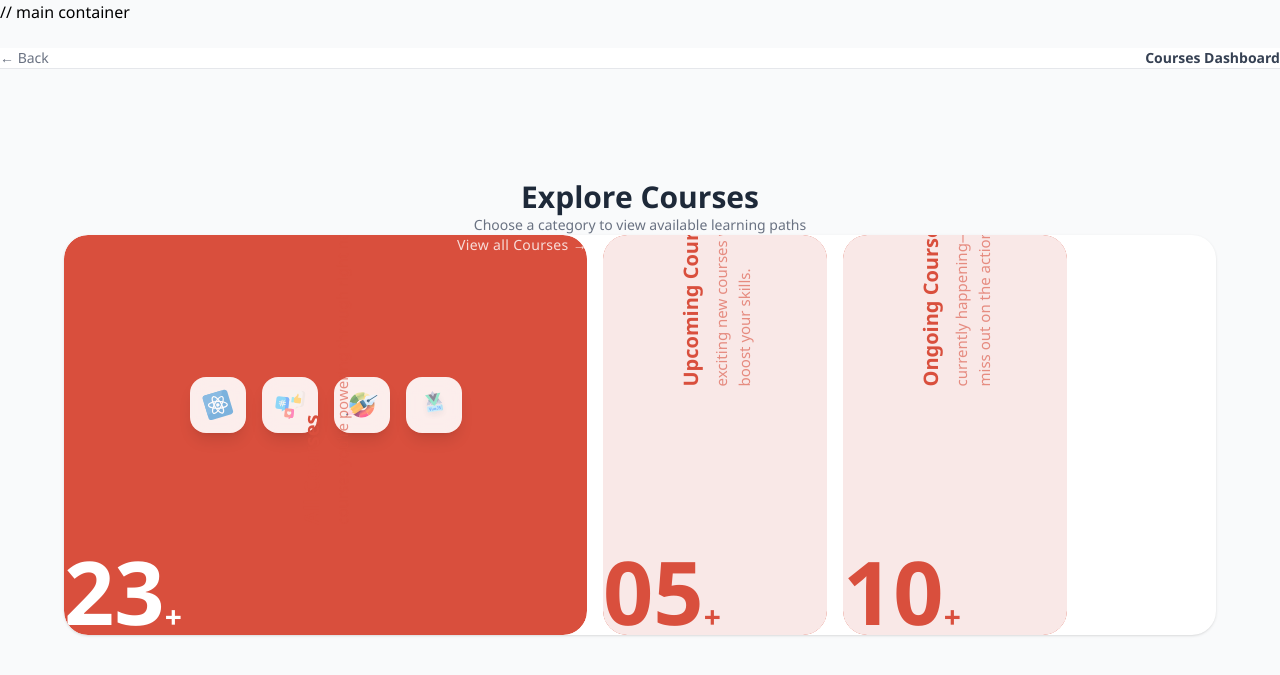
Repository: RahulRajKhadka/nextjs-dashboard-app
Page: /task2
An editor plug-in stored every save of this project. The page is shown before and after the next save, followed by the edit.
The browser window is 1280 px wide. The pictures show the whole page.
The project was rebuilt for these pictures with package versions that can differ from the ones it lists, and the page was loaded fresh each time. The framework's server and built-in components were replaced by stand-ins that run in the browser. Also part of the build but not shown: next.config.ts.

Above is the page before, as saved 2026-04-11 11:24:47.

### src/app/layout.tsx
import type { Metadata } from "next";
import "./globals.css";

export const metadata: Metadata = {
  title: "SkillShikshya Tasks",
  description: "Frontend & Logical Tasks",
};

export default function RootLayout({
  children,
}: {
  children: React.ReactNode;
}) {
  return (
    <html lang="en">
      <body>{children}</body>
    </html>
  );
}

### src/app/task2/page.tsx
"use client";
import dynamic from "next/dynamic";
import Link from "next/link";

const CourseCards = dynamic(() => import("@/components/task2/CourseCards"), {
  loading: () => (
    <div className="flex items-center justify-center h-[300px] text-gray-400 text-sm">
      Loading courses...
    </div>
  ),
  ssr: false,
});

export default function Task2Page() {
  return (
    <main className="min-h-screen bg-gray-50 flex flex-col gap-6 "> // main container

      {/* Top Bar */}
      <div className="flex items-center justify-between px-6 md:px-10 py-4 border-b border-gray-200 bg-white">
        <Link
          href="/"
          className="text-sm text-gray-500 hover:text-gray-900 transition-colors"
        >
          ← Back
        </Link>

        <span className="text-sm font-semibold text-gray-700">
          Courses Dashboard
        </span>
      </div>

      {/* Centered Content */}
      <div className="flex-1 flex items-center justify-center px-4 py-10">

        <div className="w-full max-w-6xl">

          {/* Heading */}
          <div className="mb-8 text-center mt-10">
            <h1 className="text-3xl font-bold text-gray-800">
              Explore Courses
            </h1>
            <p className="text-gray-500 text-sm mt-2">
              Choose a category to view available learning paths
            </p>
          </div>

          {/* Cards */}
          <div className="bg-white rounded-3xl shadow-sm p-4 md:p-6">
            <CourseCards />
          </div>

        </div>

      </div>
    </main>
  );
}

### src/app/globals.css
@import "tailwindcss";

* {
  margin: 0;
  padding: 0;
  box-sizing: border-box;
}

html {
  scroll-behavior: smooth;
}

body {
  font-family: "Segoe UI", sans-serif;
  background-color: #f5f5f5;
}

.vertical-text {
  writing-mode: vertical-rl;
  transform: rotate(180deg);
}

### src/components/task2/CourseCards.tsx
"use client";

import { useState, useRef, useLayoutEffect } from "react";
import CourseCard from "./CourseCard";
import { courseCardsData } from "./courseCardsData";
import gsap from "gsap";

export default function CourseCards() {
  const [expandedId, setExpandedId] = useState<number>(1);
  const cardRefs = useRef<(HTMLDivElement | null)[]>([]);
  const containerRef = useRef<HTMLDivElement>(null);
  const expandedWidth = useRef(0);
  const collapsedWidth = useRef(0);
  const isAnimating = useRef(false);

  useLayoutEffect(() => {
    const container = containerRef.current;
    if (!container) return;

    const totalWidth = container.clientWidth;
    const gap = 16;
    const totalGap = gap * (courseCardsData.length - 1);
    const unit = (totalWidth - totalGap) / courseCardsData.length;
    expandedWidth.current = unit * 1.4;
    collapsedWidth.current = unit * 0.6;

    cardRefs.current.forEach((el, i) => {
      if (el) {
        gsap.set(el, {
          width:
            courseCardsData[i].id === expandedId
              ? expandedWidth.current
              : collapsedWidth.current,
        });
      }
    });
  }, [expandedId]);

  const labelElements = useRef<Map<number, HTMLDivElement>>(new Map());
  const numberElements = useRef<Map<number, HTMLDivElement>>(new Map());

  const setLabelRef = (id: number) => (el: HTMLDivElement | null) => {
    if (el) labelElements.current.set(id, el);
    else labelElements.current.delete(id);
  };

  const setNumberRef = (id: number) => (el: HTMLDivElement | null) => {
    if (el) numberElements.current.set(id, el);
    else numberElements.current.delete(id);
  };

  const handleClick = (courseId: number) => {
    if (courseId === expandedId || isAnimating.current) return;

    const prevIndex = courseCardsData.findIndex(
      (c) => c.id === expandedId
    );
    const newIndex = courseCardsData.findIndex(
      (c) => c.id === courseId
    );
    const newCourse = courseCardsData[newIndex];

    const oldLabel = labelElements.current.get(expandedId);
    const oldNumber = numberElements.current.get(expandedId);
    const newLabel = labelElements.current.get(courseId);
    const newNumber = numberElements.current.get(courseId);

    if (!newLabel || !newNumber) return;

    isAnimating.current = true;

    const tl = gsap.timeline({
      onComplete: () => {
        isAnimating.current = false;
      },
    });

    tl.to(
      cardRefs.current[prevIndex],
      {
        width: collapsedWidth.current,
        duration: 0.5,
        ease: "power3.inOut",
      },
      0
    );

    if (oldLabel) {
      tl.to(
        oldLabel,
        {
          rotation: -90,
          x: 0,
          y: 0,
          color: newCourse.textColor,
          duration: 0.5,
          ease: "power2.inOut",
        },
        0
      );
    }

    if (oldNumber) {
      tl.to(
        oldNumber,
        {
          color: newCourse.textColor,
          duration: 0.3,
        },
        0
      );
    }

    tl.call(() => {
      setExpandedId(courseId);
    }, null, 0.25);

    tl.to(
      cardRefs.current[newIndex],
      {
        width: expandedWidth.current,
        duration: 0.5,
        ease: "power3.inOut",
      },
      0.25
    );

    const labelRect = newLabel.getBoundingClientRect();
    const numberRect = newNumber.getBoundingClientRect();
    const gap = 16;

    const targetX =
      numberRect.right +
      gap -
      (labelRect.left + labelRect.width / 2);
    const targetY =
      numberRect.top +
      numberRect.height / 2 -
      (labelRect.top + labelRect.height / 2);

    tl.fromTo(
      newLabel,
      {
        rotation: -90,
        x: 0,
        y: 0,
        color: newCourse.textColor,
      },
      {
        rotation: 0,
        x: targetX,
        y: targetY,
        color: "#ffffff",
        duration: 0.5,
        ease: "back.out(0.3)",
      },
      0.25
    );

    tl.to(
      newNumber,
      {
        color: "#ffffff",
        duration: 0.3,
      },
      0.4
    );
  };

  return (
    <div
      ref={containerRef}
      className="flex gap-4 box-border w-full my-8 min-h-[200px] md:min-h-[200px] lg:min-h-[400px]"
    >
      {courseCardsData.map((course, i) => (
        <div
          key={course.id}
          ref={(el) => {
            cardRefs.current[i] = el;
          }}
          className="shrink-0 overflow-hidden my-auto rounded-3xl"
        >
          <CourseCard
            course={course}
            isExpanded={expandedId === course.id}
            direction={i === 0 ? "right" : "left"}
            isLeftmost={i === 0}
            onClick={() => handleClick(course.id)}
            setLabelRef={setLabelRef(course.id)}
            setNumberRef={setNumberRef(course.id)}
          />
        </div>
      ))}
    </div>
  );
}

### src/components/task2/CourseCard.tsx
"use client";

import Image from "next/image";
import { useRef, useLayoutEffect } from "react";
import { CourseCard as CourseCardType } from "@/types";
import gsap from "gsap";

interface Props {
  course: CourseCardType;
  isExpanded: boolean;
  onClick: () => void;
  direction: "left" | "right";
  isLeftmost?: boolean;
  setLabelRef: (el: HTMLDivElement | null) => void;
  setNumberRef: (el: HTMLDivElement | null) => void;
}

export default function CourseCard({
  course,
  isExpanded,
  onClick,
  direction,
  isLeftmost = false,
  setLabelRef,
  setNumberRef,
}: Props) {
  const numberRef = useRef<HTMLDivElement>(null);
  const collapsedLabelRef = useRef<HTMLDivElement>(null);
  const iconsRef = useRef<(HTMLSpanElement | null)[]>([]);
  const topbarRef = useRef<HTMLDivElement>(null);
  const expandedViewRef = useRef<HTMLDivElement>(null);
  const circleRef = useRef<HTMLDivElement>(null);

  // Pass refs to parent
  useLayoutEffect(() => {
    setLabelRef(collapsedLabelRef.current);
    setNumberRef(numberRef.current);
  }, [setLabelRef, setNumberRef]);

  // Internal animations (circle, number colour, topbar, icons) – label is handled by parent
  useLayoutEffect(() => {
    if (!numberRef.current || !circleRef.current) return;

    if (isExpanded) {
      const tl = gsap.timeline();
      gsap.set(expandedViewRef.current, { display: "grid" });

      tl.to(circleRef.current, {
        clipPath: "circle(0% at 0% 100%)",
        duration: 0.8,
        ease: "power3.inOut",
      }, 0);

      tl.to(numberRef.current, {
        color: "#ffffff",
        duration: 0.3,
      }, 0.2);

      const topbarFromX = direction === "left" ? 60 : -60;
      tl.fromTo(topbarRef.current,
        { opacity: 0, y: -15, x: topbarFromX },
        { opacity: 1, y: 0, x: 0, duration: 0.5, ease: "power2.out" },
        0.3
      );

      const iconsFromX = direction === "left" ? 120 : -120;
      gsap.set(iconsRef.current, { x: iconsFromX, opacity: 0 });
      iconsRef.current.forEach((icon, i) => {
        tl.to(icon, {
          x: 0,
          opacity: 1,
          duration: 0.4,
          ease: "power2.out",
        }, 0.4 + i * 0.08);
      });
    } else {
      const tl = gsap.timeline();

      tl.to(circleRef.current, {
        clipPath: "circle(130% at 0% 80%)",
        duration: 0.6,
        ease: "power3.inOut",
      }, 0);

      tl.to(numberRef.current, {
        color: course.textColor,
        duration: 0.3,
      }, 0.1);

      tl.set(expandedViewRef.current, { display: "none" }, 0.3);
      tl.set(iconsRef.current, { clearProps: "x,opacity" }, 0.4);
      tl.set(topbarRef.current, { clearProps: "x,y,opacity" }, 0.4);
    }
  }, [isExpanded, direction, course.textColor]);

  return (
    <div
      onClick={onClick}
      className="relative rounded-3xl overflow-hidden cursor-pointer h-full w-full"
      style={{ backgroundColor: course.bgExpanded }}
    >
      {/* Background circle */}
      <div
        ref={circleRef}
        className="absolute inset-0 z-[1]"
        style={{ backgroundColor: course.bg, clipPath: "circle(150% at 0% 100%)" }}
      />

      {/* COLLAPSED CONTENT: flex column with label at top, number at bottom (justify-between) */}
      <div className="absolute inset-0 z-[3] flex flex-col  justify-between pointer-events-none">
        {/* Rotated label */}
        <div
          ref={collapsedLabelRef}
          className="flex flex-col gap-1 mt-6"   // added mt-6 for a little top spacing (optional)
          style={{ transform: "rotate(-90deg)", color: course.textColor }}
        >
          <span className="font-bold text-[20px] " style={{ color: "inherit" }}>
            {course.label}
          </span>
          <p className="text-[15px] opacity-60" style={{ color: "inherit" }}>
            {course.sublabel}
          </p>
        </div>

        {/* Number at bottom (flex-end) */}
        <div ref={numberRef} className="mb-6" style={{ color: course.textColor }}>
          <div className="flex items-end">
            <span
              className="font-black leading-none"
              style={{ fontSize: "clamp(3.5rem,7vw,5.5rem)", color: "inherit" }}
            >
              {String(course.count).padStart(2, "0")}
            </span>
            <span className="font-black text-3xl mb-2 ml-1" style={{ color: "inherit" }}>
              +
            </span>
          </div>
        </div>
      </div>

      {/* EXPANDED VIEW – unchanged */}
      <div
        ref={expandedViewRef}
        className="absolute inset-0 z-[2] p-5"
        style={{ display: isExpanded ? "grid" : "none", gridTemplateRows: "auto 1fr auto" }}
      >
        <div ref={topbarRef} className="flex justify-end mt-40 opacity-0">
          <span className="text-white/80 text-sm font-medium tracking-wide">
            View all Courses →
          </span>
        </div>
        <div className="flex gap-4 items-center justify-center">
          {course.icons?.map((iconPath, i) => (
            <span
              key={i}
              ref={(el) => (iconsRef.current[i] = el)}
              className="w-14 h-14 rounded-2xl bg-white/90 backdrop-blur-sm flex items-center justify-center shadow-lg"
            >
              <Image src={iconPath} alt="" width={32} height={32} className="opacity-80" />
            </span>
          ))}
        </div>
        <div className="h-20" />
      </div>
    </div>
  );
}

### src/components/task2/courseCardsData.ts
import { CourseCard } from "@/types";

export const courseCardsData: CourseCard[] = [
  {
    id: 1,
    count: "23",
    label: "All Courses",
    sublabel: "courses you're powering through right now.",
    bg: "#F9E8E7",        // ← was "#D94F3D", should be light pink
    textColor: "#D94F3D",  // ← was "white", red for collapsed state
    bgExpanded: "#D94F3D",
    icons: ["/images/react.svg", "/images/likes.svg", "/images/design.svg", "/images/view.svg"],
  },
  {
    id: 2,
    count: "05",
    label: "Upcoming Courses",
    sublabel: "exciting new courses waiting to boost your skills.",
    bg: "#F9E8E7",
    textColor: "#D94F3D",
    bgExpanded: "#D94F3D",
    icons: ["/images/react.svg", "/images/likes.svg", "/images/design.svg", "/images/view.svg"],
  },
  {
    id: 3,
    count: "10",
    label: "Ongoing Courses",
    sublabel: "currently happening—don't miss out on the action!",
    bg: "#F9E8E7",
    textColor: "#D94F3D",
    bgExpanded: "#D94F3D",
    icons: ["/images/react.svg", "/images/likes.svg", "/images/design.svg", "/images/view.svg"],
  },
];

After the next save:
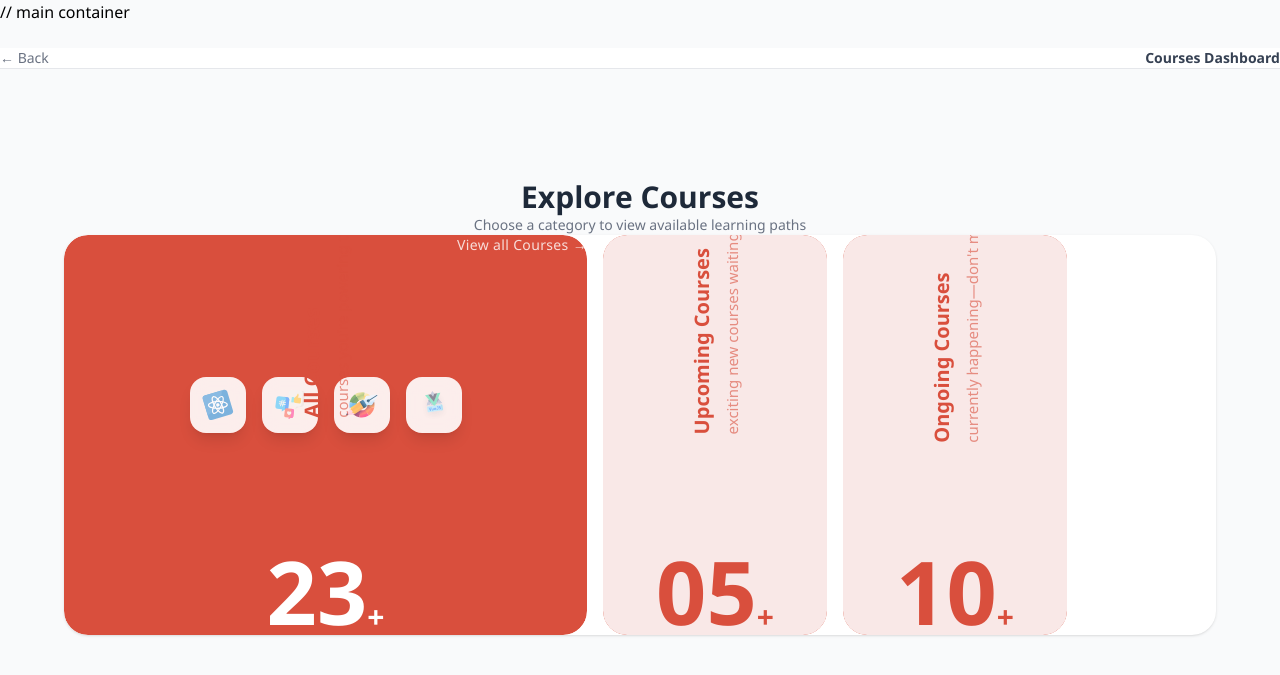
Saved 6 min 0 s later.
--- a/src/components/task2/CourseCard.tsx
+++ b/src/components/task2/CourseCard.tsx
@@ -106,37 +106,30 @@ export default function CourseCard({
         style={{ backgroundColor: course.bg, clipPath: "circle(150% at 0% 100%)" }}
       />
 
-      {/* COLLAPSED CONTENT: flex column with label at top, number at bottom (justify-between) */}
-      <div className="absolute inset-0 z-[3] flex flex-col  justify-between pointer-events-none">
-        {/* Rotated label */}
-        <div
-          ref={collapsedLabelRef}
-          className="flex flex-col gap-1 mt-6"   // added mt-6 for a little top spacing (optional)
-          style={{ transform: "rotate(-90deg)", color: course.textColor }}
-        >
-          <span className="font-bold text-[20px] " style={{ color: "inherit" }}>
-            {course.label}
-          </span>
-          <p className="text-[15px] opacity-60" style={{ color: "inherit" }}>
-            {course.sublabel}
-          </p>
-        </div>
+     <div className="absolute inset-0 z-[3] flex flex-col items-center pointer-events-none">
+  {/* Label - naturally at top */}
+  <div
+    ref={collapsedLabelRef}
+    className="flex flex-col gap-1 mt-6"
+    style={{ transform: "rotate(-90deg)", color: course.textColor }}
+  >
+    <span className="font-bold text-[20px] whitespace-nowrap">{course.label}</span>
+    <p className="text-[15px] opacity-60 whitespace-nowrap">{course.sublabel}</p>
+  </div>
 
-        {/* Number at bottom (flex-end) */}
-        <div ref={numberRef} className="mb-6" style={{ color: course.textColor }}>
-          <div className="flex items-end">
-            <span
-              className="font-black leading-none"
-              style={{ fontSize: "clamp(3.5rem,7vw,5.5rem)", color: "inherit" }}
-            >
-              {String(course.count).padStart(2, "0")}
-            </span>
-            <span className="font-black text-3xl mb-2 ml-1" style={{ color: "inherit" }}>
-              +
-            </span>
-          </div>
-        </div>
-      </div>
+  {/* Spacer that pushes number to bottom */}
+  <div className="flex-1"></div>
+
+  {/* Number - pushed to bottom */}
+  <div ref={numberRef} className="mb-6" style={{ color: course.textColor }}>
+    <div className="flex items-end">
+      <span className="font-black leading-none" style={{ fontSize: "clamp(3.5rem,7vw,5.5rem)" }}>
+        {String(course.count).padStart(2, "0")}
+      </span>
+      <span className="font-black text-3xl mb-2 ml-1">+</span>
+    </div>
+  </div>
+</div>
 
       {/* EXPANDED VIEW – unchanged */}
       <div
